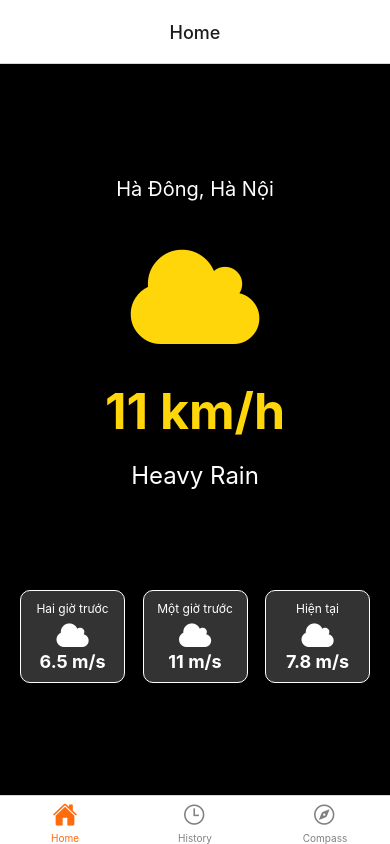
Repository: duongnoob23/WIND_SPEED_IOT
Screen: /
These files come from the project's save history. The screen is drawn as it stood at one moment and after the next save; the edit follows.
The app was drawn by React Native's web renderer in a window 390 px wide. The project was rebuilt for these pictures with package versions that can differ from the ones it lists, and the page was loaded fresh each time. Also part of the build but not shown: src/page/screens/HomeScreen.js, src/page/screens/Compass.js.

Above is the screen before, as saved 2025-03-11 23:13:07.

### App.tsx
import React from "react";
import { NavigationContainer } from "@react-navigation/native";
import AppNavigator from "./src/navigation/AppNavigator";

const App = (): JSX.Element => {
  return (
    <NavigationContainer>
      <AppNavigator />
    </NavigationContainer>
  );
};

export default App;

### src/navigation/AppNavigator.tsx
import React from "react";
import TabNavigator from "./TabNavigator";

const AppNavigator = () => {
  return <TabNavigator />;
};

export default AppNavigator;

### src/navigation/TabNavigator.tsx
import React from "react";
import { createBottomTabNavigator } from "@react-navigation/bottom-tabs";
import { Ionicons } from "@expo/vector-icons";

// Import các màn hình
import HomeScreen from "../page/screens/HomeScreen";
import ExpensesScreen from "../page/screens/Compass";
import WindScreen from "../page/screens/WindScreen";

const Tab = createBottomTabNavigator();

const TabNavigator = () => {
  return (
    <Tab.Navigator
      screenOptions={({ route }) => ({
        tabBarIcon: ({ focused, color, size }) => {
          let iconName: keyof typeof Ionicons.glyphMap;
          if (route.name === "Home") {
            iconName = focused ? "home" : "home-outline";
          } else if (route.name === "Expenses") {
            iconName = focused ? "cash" : "cash-outline";
          } else if (route.name === "Portfolio") {
            iconName = focused ? "stats-chart" : "stats-chart-outline";
          } else if (route.name === "BankAccounts") {
            iconName = focused ? "wallet" : "wallet-outline";
          } else if (route.name === "History") {
            iconName = focused ? "time" : "time-outline"; // Ví dụ
          } else if (route.name === "Compass") {
            iconName = focused ? "compass" : "compass-outline"; // Ví dụ
          } else {
            iconName = "help-circle-outline";
          }
          return <Ionicons name={iconName} size={size} color={color} />;
        },
        tabBarActiveTintColor: "#FF6B0D",
        tabBarInactiveTintColor: "gray",
        headerTitleAlign: "center",
      })}
    >
      <Tab.Screen name="Home" component={WindScreen} />
      <Tab.Screen name="History" component={HomeScreen} />
      <Tab.Screen name="Compass" component={ExpensesScreen} />
      {/* <Tab.Screen name="BankAccounts" component={BankAccountsScreen} />
      <Tab.Screen name="Core" component={CoreNavigation} /> */}
    </Tab.Navigator>
  );
};
export default TabNavigator;

### src/page/screens/WindScreen.js
import React, { useEffect, useState } from "react";
import { View, Text, StyleSheet, Animated, ScrollView } from "react-native";
import Icon from "react-native-vector-icons/FontAwesome"; // Sử dụng FontAwesome từ react-native-vector-icons

const WindScreen = () => {
  // Animated value cho hiệu ứng rung
  const shakeAnimation = new Animated.Value(0);

  // Dữ liệu demo
  const currentWindSpeed = 11; // m/s (theo hình ảnh)
  const windLevel = "Heavy Rain"; // Theo hình ảnh
  const forecastData = [
    { day: "Hai giờ trước", speed: 6.5, icon: "cloud" },
    { day: "Một giờ trước", speed: 11, icon: "cloud" },
    { day: "Hiện tại", speed: 7.8, icon: "cloud" },
  ];

  const [data, setData] = useState(forecastData);

  const fetchDataWind = async () => {
    // let response = await getData();
    let response = null;
    if (response && +response.data.EC === 0) {
    }
  };

  useEffect(() => {}, []);

  // Hiệu ứng rung cho icon
  useEffect(() => {
    const animate = () => {
      Animated.sequence([
        Animated.timing(shakeAnimation, {
          toValue: 10,
          duration: 100,
          useNativeDriver: true,
        }),
        Animated.timing(shakeAnimation, {
          toValue: -10,
          duration: 100,
          useNativeDriver: true,
        }),
        Animated.timing(shakeAnimation, {
          toValue: 0,
          duration: 100,
          useNativeDriver: true,
        }),
      ]).start(() => setTimeout(animate, 2000)); // Lặp lại sau 2 giây
    };
    animate();
  }, [shakeAnimation]);

  const shakeStyle = {
    transform: [{ translateX: shakeAnimation }],
  };

  return (
    // <ScrollView>
    <View style={styles.container}>
      <Text style={styles.locationText}>Hà Đông, Hà Nội</Text>

      <Animated.View style={[styles.iconContainer, shakeStyle]}>
        <Icon name="cloud" size={120} color="#FFD60A" />
      </Animated.View>

      <Text style={styles.windSpeed}>{currentWindSpeed} km/h</Text>
      <Text style={styles.windLevel}>{windLevel}</Text>

      <View style={styles.forecastContainer}>
        {forecastData.map((item, index) => (
          <View key={index} style={styles.forecastBox}>
            <Text style={styles.forecastDay}>{item.day}</Text>
            <Icon name={item.icon} size={30} color="#fff" />
            <Text style={styles.forecastSpeed}>{item.speed} m/s</Text>
          </View>
        ))}
      </View>
    </View>
    // {/* </ScrollView> */}
  );
};

export default WindScreen;

const color1 = "black";

const styles = StyleSheet.create({
  container: {
    flex: 1,
    // backgroundColor: "rgba(0, 0, 0, 0.5)", // Nền mờ ảo
    backgroundColor: "black",
    // borderColor: "black",
    // borderWidth: 10,
    alignItems: "center",
    justifyContent: "center",
    padding: 20,
  },
  locationText: {
    fontSize: 20,
    color: "#fff",
    marginBottom: 20,
    textAlign: "center",
  },
  iconContainer: {
    marginVertical: 20,
  },
  windSpeed: {
    fontSize: 50,
    color: "#FFD60A",
    fontWeight: "bold",
    marginBottom: 20,
    textAlign: "center",
  },
  windLevel: {
    fontSize: 24,
    color: "#fff",
    textAlign: "center",
    marginBottom: 100,
  },
  forecastContainer: {
    flexDirection: "row",
    justifyContent: "space-between",
    width: "100%",
  },
  forecastBox: {
    backgroundColor: "rgba(255, 255, 255, 0.2)", // Ô vuông mờ
    borderWidth: 1,
    borderColor: "#fff",
    borderRadius: 10,
    padding: 10,
    alignItems: "center",
    width: "30%",
  },
  forecastDay: {
    fontSize: 12,
    color: "#fff",
    marginBottom: 5,
  },
  forecastSpeed: {
    fontSize: 18,
    color: "#fff",
    fontWeight: "bold",
  },
});

After the next save:
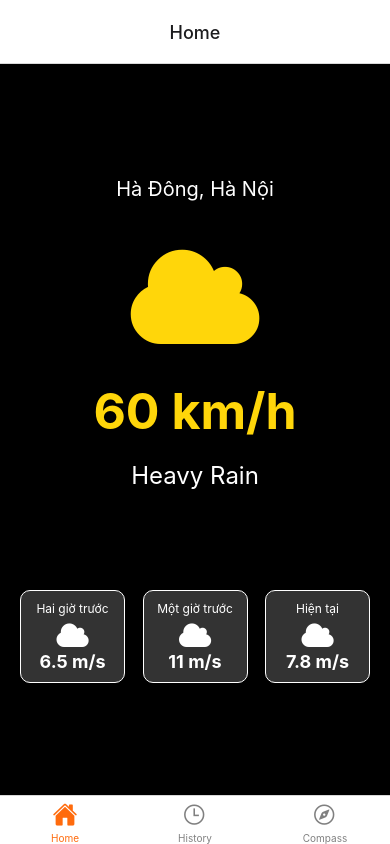
Saved 4 min 48 s later.
--- a/src/page/screens/WindScreen.js
+++ b/src/page/screens/WindScreen.js
@@ -7,7 +7,7 @@ const WindScreen = () => {
   const shakeAnimation = new Animated.Value(0);
 
   // Dữ liệu demo
-  const currentWindSpeed = 11; // m/s (theo hình ảnh)
+  const currentWindSpeed = 60; // m/s (theo hình ảnh)
   const windLevel = "Heavy Rain"; // Theo hình ảnh
   const forecastData = [
     { day: "Hai giờ trước", speed: 6.5, icon: "cloud" },
@@ -21,6 +21,7 @@ const WindScreen = () => {
     // let response = await getData();
     let response = null;
     if (response && +response.data.EC === 0) {
+      // ...
     }
   };
 
@@ -75,6 +76,8 @@ const WindScreen = () => {
           </View>
         ))}
       </View>
+
+      {}
     </View>
     // {/* </ScrollView> */}
   );
